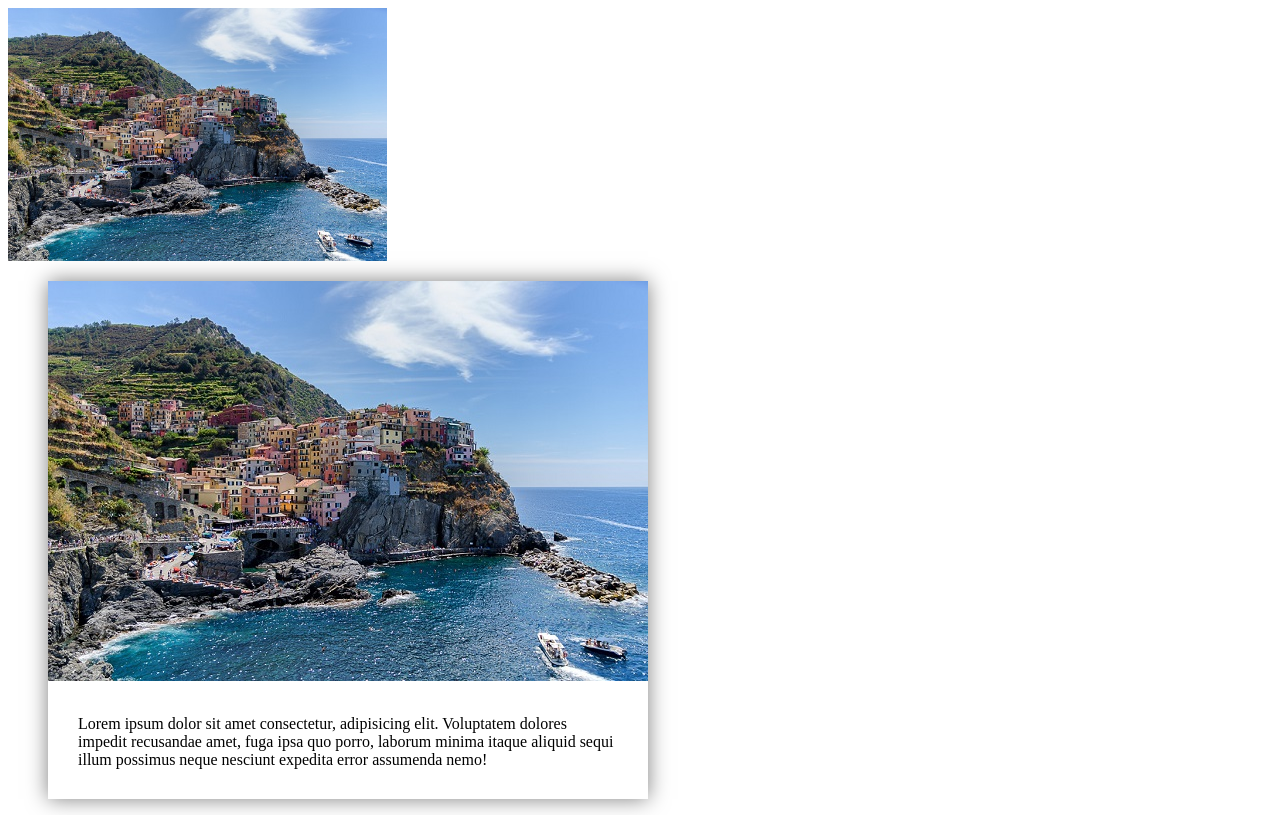
Repository: EmanuelUrbano/introducao_a_tecnologias
Page: 05_05_2022/dropdown_image/index.html
An editor plug-in stored every save of this project. The page is shown before and after the next save, followed by the edit.
The browser window is 1280 px wide. The pictures show the whole page.

Above is the page before, as saved 2022-05-10 08:08:29.

### 05_05_2022/dropdown_image/index.html
<!DOCTYPE html>
<html lang="en">
<head>
    <meta charset="UTF-8">
   <link rel="stylesheet" href="style.css">
    <title>Dropdown image</title>
</head>
<body>
    <img src="./Banco de Imagens/img.jpg" alt="" class="imagem_pequena">
    <figure class="imagem_grande">
        <img src="./Banco de Imagens/img.jpg" alt="" >
        <figcaption>Lorem ipsum dolor sit amet consectetur, adipisicing elit. Voluptatem dolores impedit recusandae amet, fuga ipsa quo porro, laborum minima itaque aliquid sequi illum possimus neque nesciunt expedita error assumenda nemo!</figcaption>
    </figure>
</body>
</html>

### 05_05_2022/dropdown_image/style.css
img.imagem_pequena{
    display:inline-block;
    height: auto;
    max-width: 30%;
}

figure{
    box-shadow: 0 0 20px 0 rgba(0, 0, 0, 0.5);
    max-width: 600px;
}

figure>img{
    width: 100%;
    height:auto;
}

figure>figcaption{
    padding: 5%;
}

After the next save:
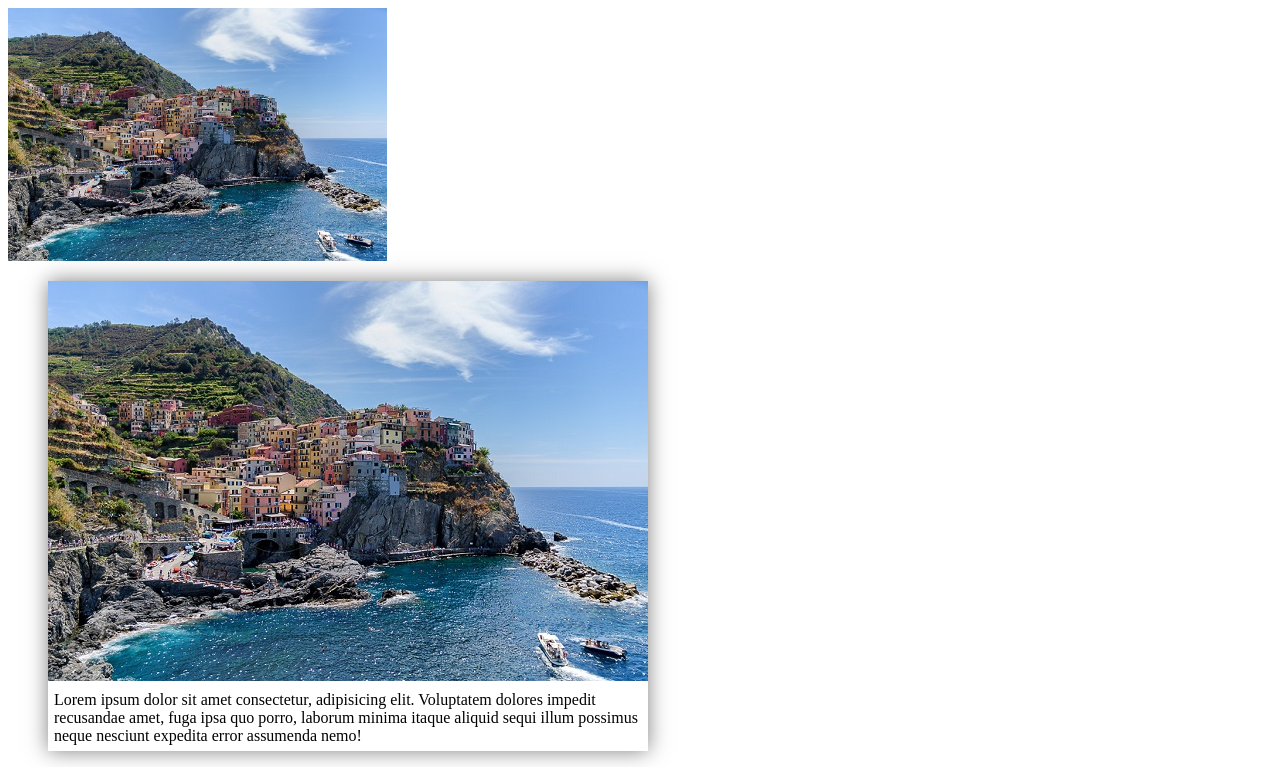
Saved 7 s later.
--- a/05_05_2022/dropdown_image/style.css
+++ b/05_05_2022/dropdown_image/style.css
@@ -15,5 +15,5 @@ figure>img{
 }
 
 figure>figcaption{
-    padding: 5%;
+    padding: 1%;
 }
